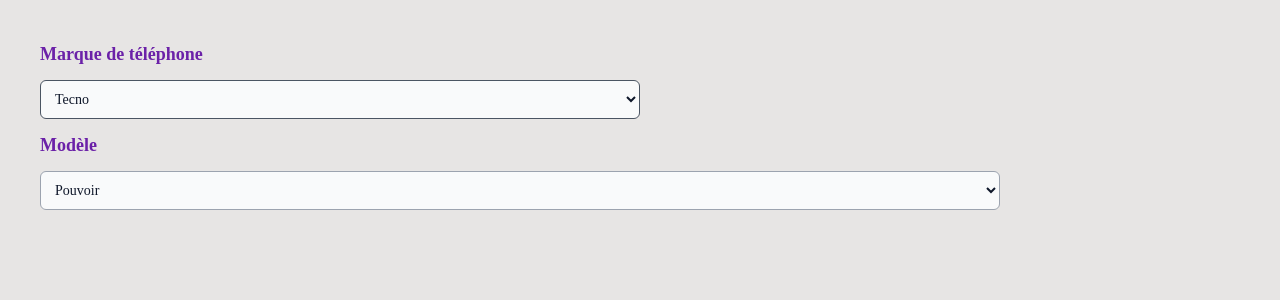
Repository: darlino/gotyu_shopify_section
Page: product_select220223/index.html
An editor plug-in stored every save of this project. The page is shown before and after the next save, followed by the edit.
The browser window is 1280 px wide. The pictures show the whole page.
Some web fonts or font styles are not loaded; a fallback is used. Some web libraries are served in a nearby version.

Above is the page before, as saved 2023-02-22 21:22:38.

### product_select220223/index.html
<!DOCTYPE html>
<html lang="en">
  <head>
    <meta charset="UTF-8" />
    <meta http-equiv="X-UA-Compatible" content="IE=edge" />
    <meta name="viewport" content="width=device-width, initial-scale=1.0" />
    <title>Document</title>
    <script src="https://cdn.tailwindcss.com"></script>
    <link rel="preconnect" href="https://fonts.googleapis.com" />
    <link rel="preconnect" href="https://fonts.gstatic.com" crossorigin />
    <link
      href="https://fonts.googleapis.com/css2?family=Gloock&display=swap"
      rel="stylesheet"
    />
    <link rel="stylesheet" href="style.css" />
  </head>
  <body>
    <section id="product_select220223">
      <div class="flex flex-col max-w-[1300px] bg-stone-200 h-screen mx-auto">
        <div class="flex flex-col w-full space-y-3 mx-auto p-10">
          <div class="flex flex-col space-y-3">
            <p class="text-lg font-bold text-left text-purple-800">
              Marque de téléphone
            </p>
            <select
              name="select_brand"
              id="select_brand"
              onchange="getElementSelectedValue()"
              class="bg-gray-50 w-1/2 border focus:border-2 border-gray-400 text-gray-900 text-sm rounded-md focus:ring-blue-500 focus:border-blue-800 block p-2.5 border-gray-600 placeholder-gray-900 text-slate-900 focus:ring-blue-700 focus:border-blue-700 outline-none"
            >
              <option class="text-md mb-2" value="Tecno">Tecno</option>
              <option class="text-md mb-2" value="Samsung">Samsung</option>
              <option class="text-md mb-2" value="Xiaomi">Xiaomi</option>
              <option class="text-md mb-2" value="Iphone">Iphone</option>
            </select>
          </div>
          <div class="flex flex-col space-y-3">
            <p class="text-lg font-bold text-left text-purple-800">
              Modèle <span id="text_model"></span>
            </p>
            <select
              name="select_brand"
              id="select_model"
              class="bg-gray-50 w-4/5 border focus:border-2 border-gray-400 text-gray-900 text-sm rounded-md focus:ring-blue-500 focus:border-blue-800 block p-2.5 placeholder-gray-900 text-slate-900 focus:ring-blue-700 focus:border-blue-700 outline-none"
            ></select>
          </div>
        </div>
      </div>
    </section>
    <script type="text/javascript">
      const option = document.createElement("option");
      const modelValue = document.getElementById("select_model");
      const modelText = document.getElementById("text_model");

      const allModels = [
        [
          { value: "Pouvoir", text: "Pouvoir" },
          { value: "Camon", text: "Camon" },
          { value: "Spark", text: "Spark" },
        ],
        [
          { value: "s7", text: "Samsung galaxy s7" },
          { value: "s6", text: "Samsung galaxy s6" },
          { value: "note 10", text: "Samsung galaxy note 10" },
          { value: "note 9", text: "Samsung galaxy note 9" },
        ],
        [
          { value: "Mi 10", text: "Mi 10" },
          { value: "Mi 11", text: "Mi 11" },
        ],
        [
          { value: "iphone 8", text: "Iphone 8" },
          { value: "iphone 8 plus", text: "Iphone 8 +" },
          { value: "iphone X", text: "Iphone X" },
          { value: "iphone Xs", text: "Iphone Xs" },
          { value: "iphone 11", text: "Iphone 11" },
          { value: "iphone 12 pro", text: "Iphone 12pro" },
        ],
      ];
      for (let index = 0; index < allModels[0].length; index++) {
        modelValue.options[modelValue.options.length] = new Option(
          allModels[0][index].text,
          allModels[0][index].value
        );
      }

      const clearSelect = (modelValue) => {
        while (modelValue.options.length > 0) {
          modelValue.remove(0);
        }
      };

      function getElementSelectedValue() {
        const element = document.getElementById("select_brand").value;
        const brandMatchModel = [
          { brand: "tecno", modelId: 0 },
          { brand: "samsung", modelId: 1 },
          { brand: "xiaomi", modelId: 2 },
          { brand: "iphone", modelId: 3 },
        ];

        const selectedBrandMatchModel = brandMatchModel.filter(
          (bm) => bm.brand.toLocaleLowerCase() === element.toLocaleLowerCase()
        );
        const modelId = selectedBrandMatchModel[0].modelId;

        clearSelect(modelValue);

        for (let index = 0; index < allModels[modelId].length; index++) {
          modelValue.options[modelValue.options.length] = new Option(
            allModels[modelId][index].value,
            allModels[modelId][index].text
          );
        }
        console.log(
          "the selected value is",
          element,
          "the brand macth is ",
          allModels[modelId].length
        );
        // for (let index = 0; index < array.length; index++) {
        //   const element = array[index];
        // }
      }
    </script>
  </body>
</html>

### product_select220223/style.css
* {
  margin: 0;
  padding: 0;
  font-family: "Gloock", serif;
}

#product_select220223 {
  width: 100%;
  height: auto;
}

After the next save:
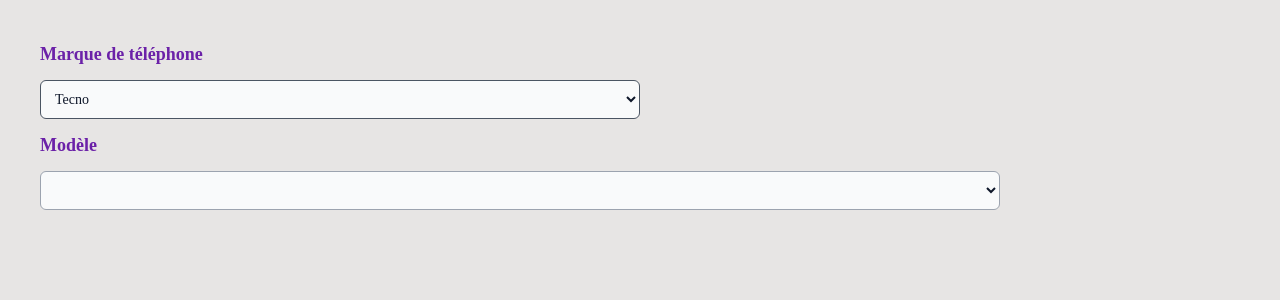
Console error: SyntaxError: Unexpected token 'const'
Saved 36 s later.
--- a/product_select220223/index.html
+++ b/product_select220223/index.html
@@ -52,6 +52,8 @@
       const modelValue = document.getElementById("select_model");
       const modelText = document.getElementById("text_model");
 
+      modelText.innerHTML =
+
       const allModels = [
         [
           { value: "Pouvoir", text: "Pouvoir" },
@@ -92,12 +94,7 @@
 
       function getElementSelectedValue() {
         const element = document.getElementById("select_brand").value;
-        const brandMatchModel = [
-          { brand: "tecno", modelId: 0 },
-          { brand: "samsung", modelId: 1 },
-          { brand: "xiaomi", modelId: 2 },
-          { brand: "iphone", modelId: 3 },
-        ];
+
 
         const selectedBrandMatchModel = brandMatchModel.filter(
           (bm) => bm.brand.toLocaleLowerCase() === element.toLocaleLowerCase()

After the 2 saves that followed:
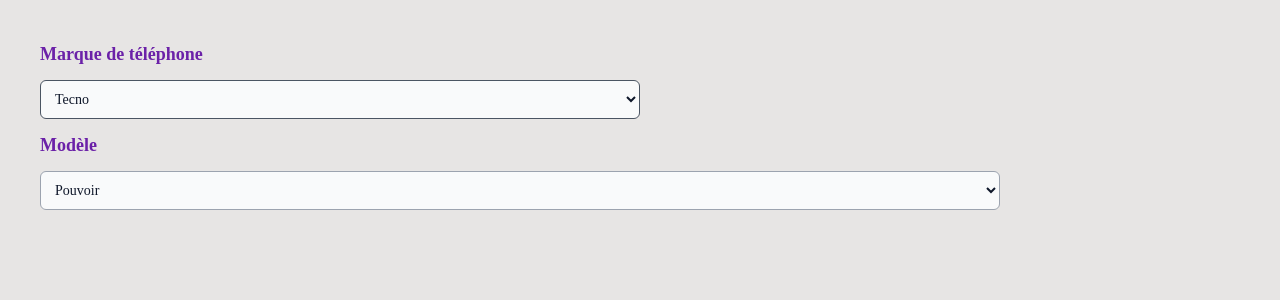
The error is gone.
The 2 saves are shown as one change because they came seconds apart.
The last was saved 24 s later.
--- a/product_select220223/index.html
+++ b/product_select220223/index.html
@@ -52,7 +52,12 @@
       const modelValue = document.getElementById("select_model");
       const modelText = document.getElementById("text_model");
 
-      modelText.innerHTML =
+      const brandMatchModel = [
+        { brand: "tecno", modelId: 0 },
+        { brand: "samsung", modelId: 1 },
+        { brand: "xiaomi", modelId: 2 },
+        { brand: "iphone", modelId: 3 },
+      ];
 
       const allModels = [
         [
@@ -95,7 +100,6 @@
       function getElementSelectedValue() {
         const element = document.getElementById("select_brand").value;
 
-
         const selectedBrandMatchModel = brandMatchModel.filter(
           (bm) => bm.brand.toLocaleLowerCase() === element.toLocaleLowerCase()
         );
